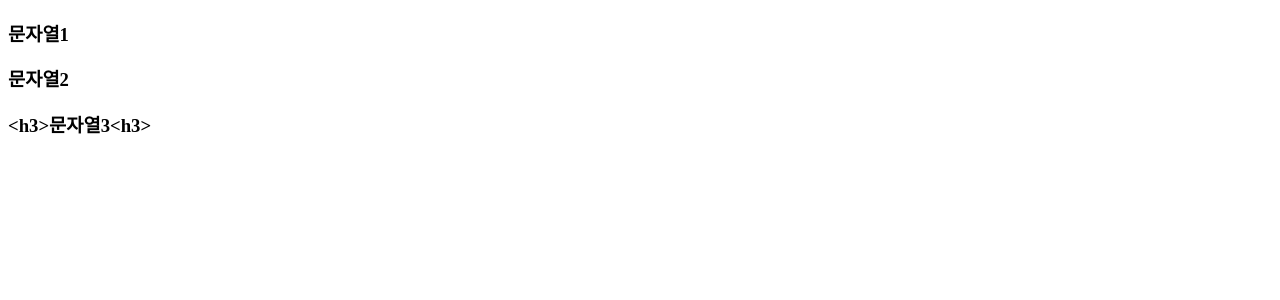
Repository: HyoJun00/Vue_JS
Page: Template/src/main/webapp/index.html
The author's editor kept a copy of each file at every save. The page is drawn from the files as they stood at one save, then again after the next save.
The browser window is 1280 px wide. The pictures show the whole page.

Above is the page before, as saved 2025-07-14 04:33:45.

After the next save:
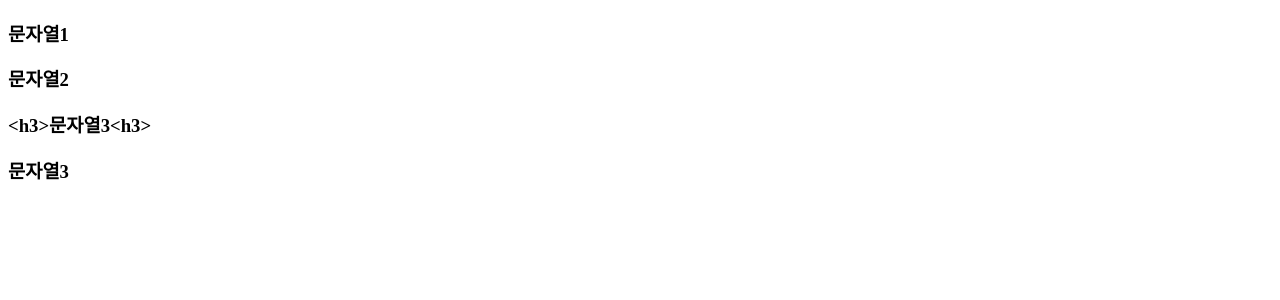
Saved 39 s later.
--- a/Template/src/main/webapp/index.html
+++ b/Template/src/main/webapp/index.html
@@ -22,6 +22,7 @@
 		<h3>{{a1}}</h3>
 		<h3>{{a2}}</h3>
 		<h3>{{a3}}</h3>
+		<div v-html='a3'></div>
 	</div>
 </body>
 </html>
